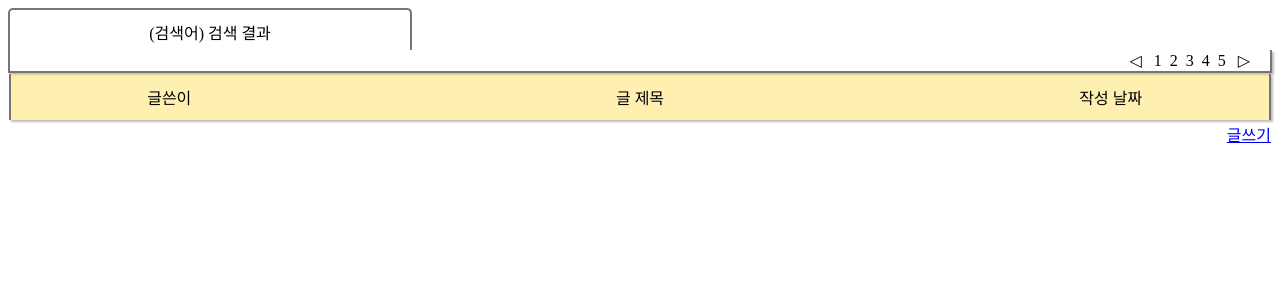
Repository: GOHO97/Haheeho
Page: http://localhost/Haheeho_Adblock/WEB-INF/views/board/board.jsp
These files come from the project's save history. The page is drawn as it stood at one moment and after the next save; the edit follows.
The browser window is 1280 px wide. The pictures show the whole page.
The page is served by Tomcat 9. Nobody is signed in. Other server files are loaded and not shown. The template is opened directly, without the code that normally fills it, so the values that code supplies are empty.

Above is the page before, as saved 2022-11-01 03:34:58.

### Haheeho_Adblock/src/main/webapp/WEB-INF/views/board/board.jsp
<%@ page language="java" contentType="text/html; charset=UTF-8"
    pageEncoding="UTF-8"%>
<!DOCTYPE html>
<html>
<head>
<meta charset="UTF-8">
<title>Insert title here</title>
<link rel="stylesheet" href="resources/css/board.css">
</head>
<body>
	<table id="boardMainTable">
		<div id="boardSearchResultDiv">
			(검색어) 검색 결과
		</div>
		<span id="borderBottomSpan">
		</span>
		<tr>
			<td align="right" id="boardPageNum">
				◁ &nbsp;&nbsp;1&nbsp;&nbsp;2&nbsp;&nbsp;3&nbsp;&nbsp;4&nbsp;&nbsp;5&nbsp;&nbsp; ▷
			</td>
		</tr>
		<tr>
			<td align="center">
				<table class="boardArea">
					<tr>
						<td class="boardUserName" align="center">
							글쓴이
						</td>
						<td class="boardTitle" align="center">
							<a>글 제목</a>
						</td>
						<td class="boardDate" align="center">
							작성 날짜
						</td>
					</tr>
				</table>
			</td>
		</tr>
		<tr>
			<td align="right">
				<a href="board.write.go">글쓰기</a>
			</td>
		</tr>
	</table>
</body>
</html>

### Haheeho_Adblock/src/main/webapp/resources/css/board.css
@charset "UTF-8";

#boardSearchTab {
	width: 50%;
	height: 30px;
}

#boardMainTable{
	width: 100%;
	border-spacing: 0;
}

.boardArea {
	border-left: 2px solid #757575;
	border-right: 2px solid #757575;
	box-shadow: 2px 2px 2px #BDBDBD;
	width: 100%;
	background-color: #FFE16480;
}


.boardUserName, .boardTitle, .boardDate{
	height: 40px;
}

.boardUserName{
	width: 25%;
}

.boardTitle{
	width: 50%;
}

.boardDate{
	width: 25%;
}

#boardWriteButton{
	background-color: #EF5E5A;
	border: none;
	font-family: "b";
	font-size: 20px;
	color: #FFE164;
	border-bottom-left-radius: 5px;
	border-bottom-right-radius: 5px;
}

#boardSearchResultDiv{
	margin-right: 440px;
	width: 400px;
	height: 30px;
	padding-top:10px;
	border-top: 2px solid #757575;
	border-left: 2px solid #757575;
	border-right: 2px solid #757575;
	border-top-left-radius: 5px;
	border-top-right-radius: 5px;
	text-align: center;
}

#boardSearchResultDiv span{
	color: red;
}

#boardSearchResultDiv a{
	font-size: 15px;
	background-color: #EF5E5A30;
	border-radius: 5px;
}

#boardPageNum{
	border-left: 2px solid #757575;
	border-right: 2px solid #757575;
	border-bottom: 2px solid #757575;
	box-shadow: 2px 2px 2px #BDBDBD;
	padding-right: 20px;
}

After the next save:
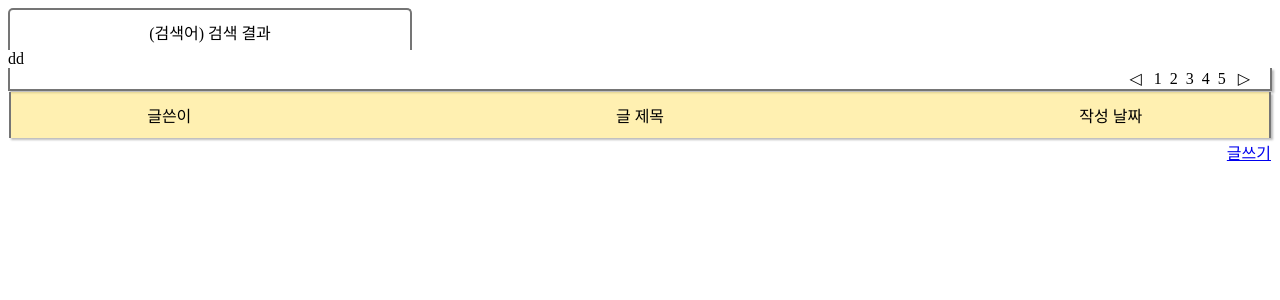
Saved 108 min 15 s later.
--- a/Haheeho_Adblock/src/main/webapp/WEB-INF/views/board/board.jsp
+++ b/Haheeho_Adblock/src/main/webapp/WEB-INF/views/board/board.jsp
@@ -13,6 +13,7 @@
 			(검색어) 검색 결과
 		</div>
 		<span id="borderBottomSpan">
+			dd
 		</span>
 		<tr>
 			<td align="right" id="boardPageNum">

After the save that followed:
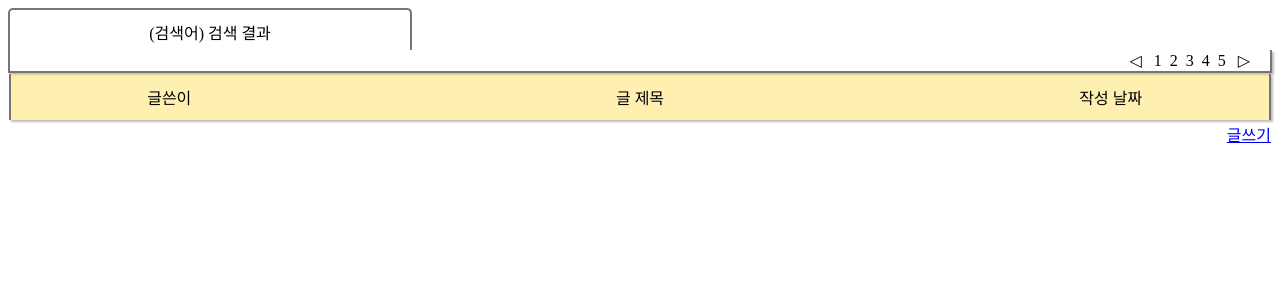
Saved 65 s later.
--- a/Haheeho_Adblock/src/main/webapp/WEB-INF/views/board/board.jsp
+++ b/Haheeho_Adblock/src/main/webapp/WEB-INF/views/board/board.jsp
@@ -12,9 +12,6 @@
 		<div id="boardSearchResultDiv">
 			(검색어) 검색 결과
 		</div>
-		<span id="borderBottomSpan">
-			dd
-		</span>
 		<tr>
 			<td align="right" id="boardPageNum">
 				◁ &nbsp;&nbsp;1&nbsp;&nbsp;2&nbsp;&nbsp;3&nbsp;&nbsp;4&nbsp;&nbsp;5&nbsp;&nbsp; ▷
